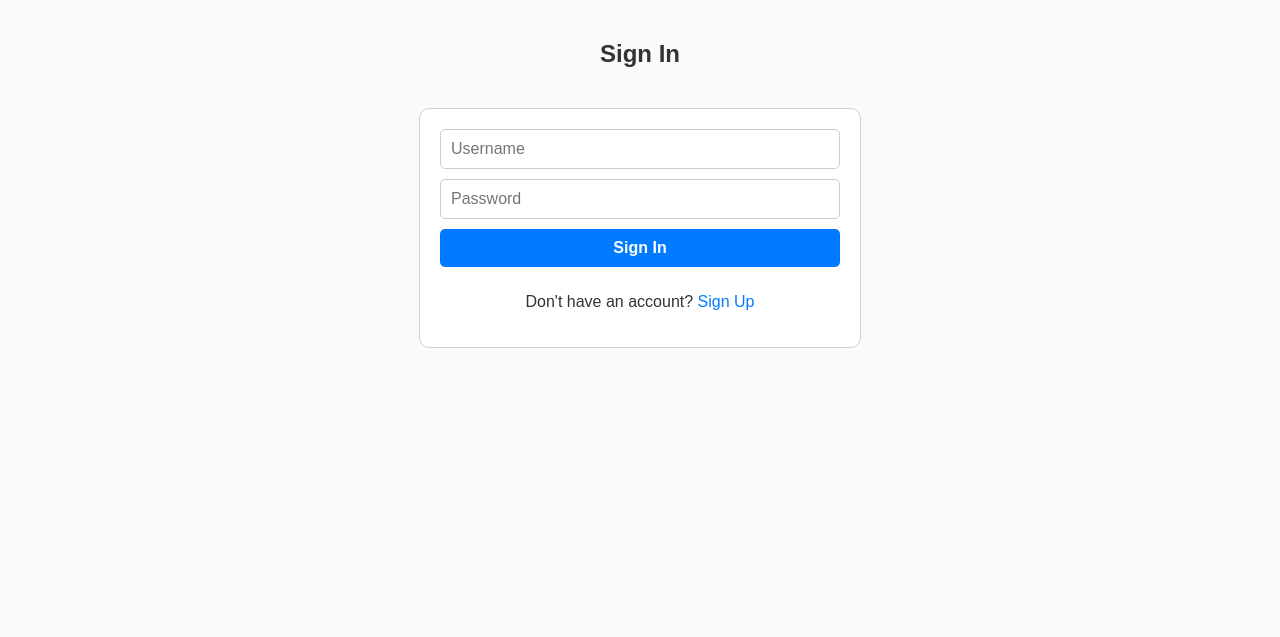
Repository: burhannaseer/CloudClips
Page: signin.html
An editor plug-in stored every save of this project. The page is shown before and after the next save, followed by the edit.
The browser window is 1280 px wide. The pictures show the whole page.

Above is the page before, as saved 2025-05-06 02:29:41.

### signin.html
<!DOCTYPE html>
<html lang="en">
<head>
  <meta charset="UTF-8">
  <title>Sign In</title>
  <link rel="stylesheet" href="styles.css">
</head>
<body>
  <main class="container">
    <h2>Sign In</h2>
    <form id="signinForm">
      <input type="text" id="signinUsername" placeholder="Username" required>
      <input type="password" id="signinPassword" placeholder="Password" required>
      <button type="submit">Sign In</button>
      <p>Don't have an account? <a href="signup.html">Sign Up</a></p>
    </form>
  </main>
  <script>
    document.getElementById('signinForm').addEventListener('submit', function(e) {
      e.preventDefault();
      const username = document.getElementById('signinUsername').value;
      const password = document.getElementById('signinPassword').value;
      const user = JSON.parse(localStorage.getItem('user'));
      if (user && user.username === username && user.password === password) {
        localStorage.setItem('loggedIn', 'true');
        window.location.href = 'index.html';
      } else {
        alert('Invalid credentials');
      }
    });
  </script>
</body>
</html>

### styles.css
body {
  font-family: Arial, sans-serif;
  margin: 0;
  padding: 0;
  background-color: #fafafa;
  color: #333;
}

.container {
  max-width: 600px;
  margin: auto;
  padding: 20px;
}

header, footer {
  background-color: #fff;
  border-bottom: 1px solid #ccc;
  padding: 10px 0;
}

nav a {
  margin: 0 10px;
  text-decoration: none;
  color: #007bff;
}

h1, h2 {
  text-align: center;
}

form {
  display: flex;
  flex-direction: column;
  gap: 10px;
}

input[type="text"],
input[type="email"],
input[type="password"],
input[type="file"],
textarea,
button {
  padding: 10px;
  font-size: 1rem;
  border: 1px solid #ccc;
  border-radius: 5px;
  width: 100%;
  box-sizing: border-box;
}

button {
  background-color: #007bff;
  color: white;
  border: none;
  cursor: pointer;
  font-weight: bold;
}

button:hover {
  background-color: #0056b3;
}

.feed .post {
  background: white;
  border: 1px solid #ccc;
  margin-bottom: 20px;
  padding: 10px;
  border-radius: 8px;
}

.post img, .post video {
  width: 100%;
  border-radius: 5px;
  margin-top: 10px;
}

.actions {
  display: flex;
  justify-content: space-around;
  margin-top: 10px;
  font-size: 1.2rem;
  cursor: pointer;
}

.actions span:hover {
  opacity: 0.7;
}

/* Sign In / Sign Up Forms */
form#signinForm, form#signupForm {
  background-color: #fff;
  padding: 20px;
  border: 1px solid #ccc;
  border-radius: 10px;
  max-width: 400px;
  margin: 40px auto;
}

form#signinForm p,
form#signupForm p {
  text-align: center;
}

form#signinForm a,
form#signupForm a {
  color: #007bff;
  text-decoration: none;
}

form#signinForm a:hover,
form#signupForm a:hover {
  text-decoration: underline;
}

### script.js
const form = document.getElementById('uploadForm');
if (form) {
  form.addEventListener('submit', function(e) {
    e.preventDefault();
    const title = document.getElementById('titleInput').value;
    const imageInput = document.getElementById('imageInput');
    const descriptionInput = document.getElementById('descriptionInput');
    const file = imageInput.files[0];
    const reader = new FileReader();
    reader.onload = function() {
      const post = {
        title,
        image: reader.result,
        description: descriptionInput.value,
        likes: 0
      };
      const posts = JSON.parse(localStorage.getItem('posts')) || [];
      posts.unshift(post);
      localStorage.setItem('posts', JSON.stringify(posts));
      alert('Post uploaded!');
    };
    if (file) {
      reader.readAsDataURL(file);
    }
  });
}

function renderPosts(containerId) {
  const container = document.getElementById(containerId);
  if (!container) return;
  const posts = JSON.parse(localStorage.getItem('posts')) || [];
  posts.forEach((post, index) => {
    const div = document.createElement('div');
    div.className = 'post';
    div.innerHTML = `
      <h3>${post.title || 'Untitled'}</h3>
      <img src="${post.image}" alt="">
      <p>${post.description}</p>
      <div class="actions">
        <span onclick="likePost(${index})">❤️ ${post.likes}</span>
        <span>🔗</span>
        <span>💾</span>
      </div>
    `;
    container.appendChild(div);
  });
}

function likePost(index) {
  const posts = JSON.parse(localStorage.getItem('posts')) || [];
  posts[index].likes++;
  localStorage.setItem('posts', JSON.stringify(posts));
  location.reload();
}

renderPosts('feed');
renderPosts('myPosts');

After the next save:
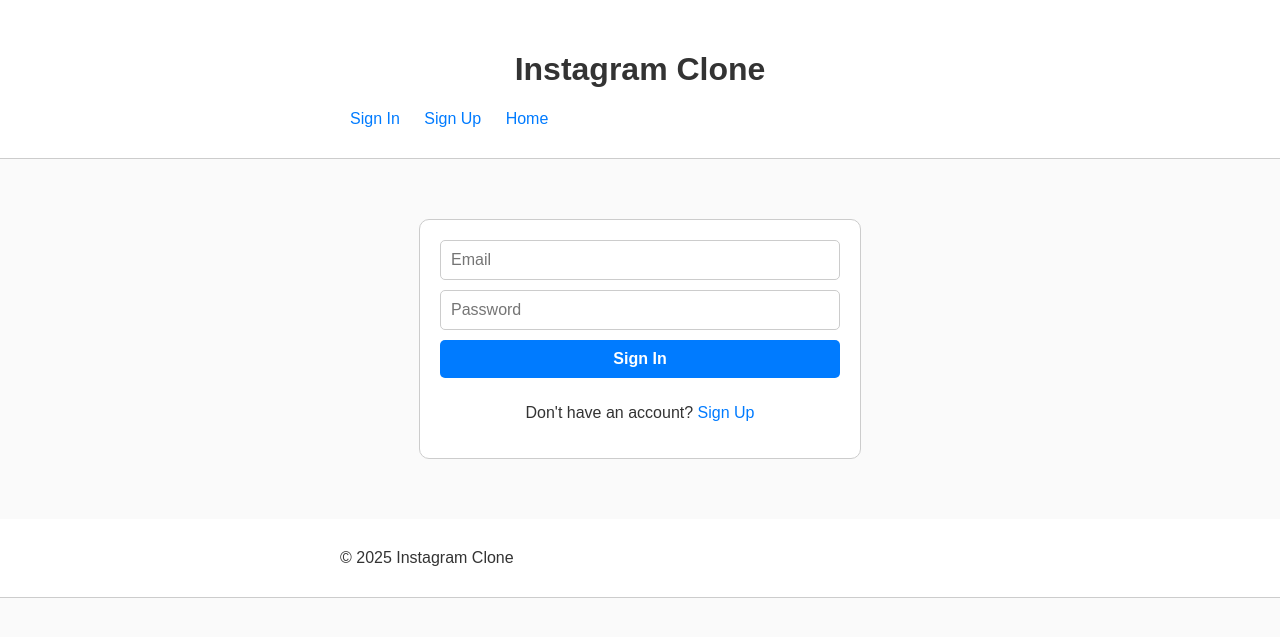
Saved 8 s later.
--- a/signin.html
+++ b/signin.html
@@ -2,32 +2,35 @@
 <html lang="en">
 <head>
   <meta charset="UTF-8">
-  <title>Sign In</title>
+  <meta name="viewport" content="width=device-width, initial-scale=1.0">
+  <title>Instagram Clone - Sign In</title>
   <link rel="stylesheet" href="styles.css">
 </head>
 <body>
+  <header>
+    <div class="container">
+      <h1>Instagram Clone</h1>
+      <nav>
+        <a href="signin.html">Sign In</a>
+        <a href="signup.html">Sign Up</a>
+        <a href="index.html">Home</a>
+      </nav>
+    </div>
+  </header>
+
   <main class="container">
-    <h2>Sign In</h2>
     <form id="signinForm">
-      <input type="text" id="signinUsername" placeholder="Username" required>
-      <input type="password" id="signinPassword" placeholder="Password" required>
+      <input type="email" id="emailInput" placeholder="Email" required />
+      <input type="password" id="passwordInput" placeholder="Password" required />
       <button type="submit">Sign In</button>
       <p>Don't have an account? <a href="signup.html">Sign Up</a></p>
     </form>
   </main>
-  <script>
-    document.getElementById('signinForm').addEventListener('submit', function(e) {
-      e.preventDefault();
-      const username = document.getElementById('signinUsername').value;
-      const password = document.getElementById('signinPassword').value;
-      const user = JSON.parse(localStorage.getItem('user'));
-      if (user && user.username === username && user.password === password) {
-        localStorage.setItem('loggedIn', 'true');
-        window.location.href = 'index.html';
-      } else {
-        alert('Invalid credentials');
-      }
-    });
-  </script>
+
+  <footer>
+    <div class="container">&copy; 2025 Instagram Clone</div>
+  </footer>
+
+  <script src="script.js"></script>
 </body>
 </html>
